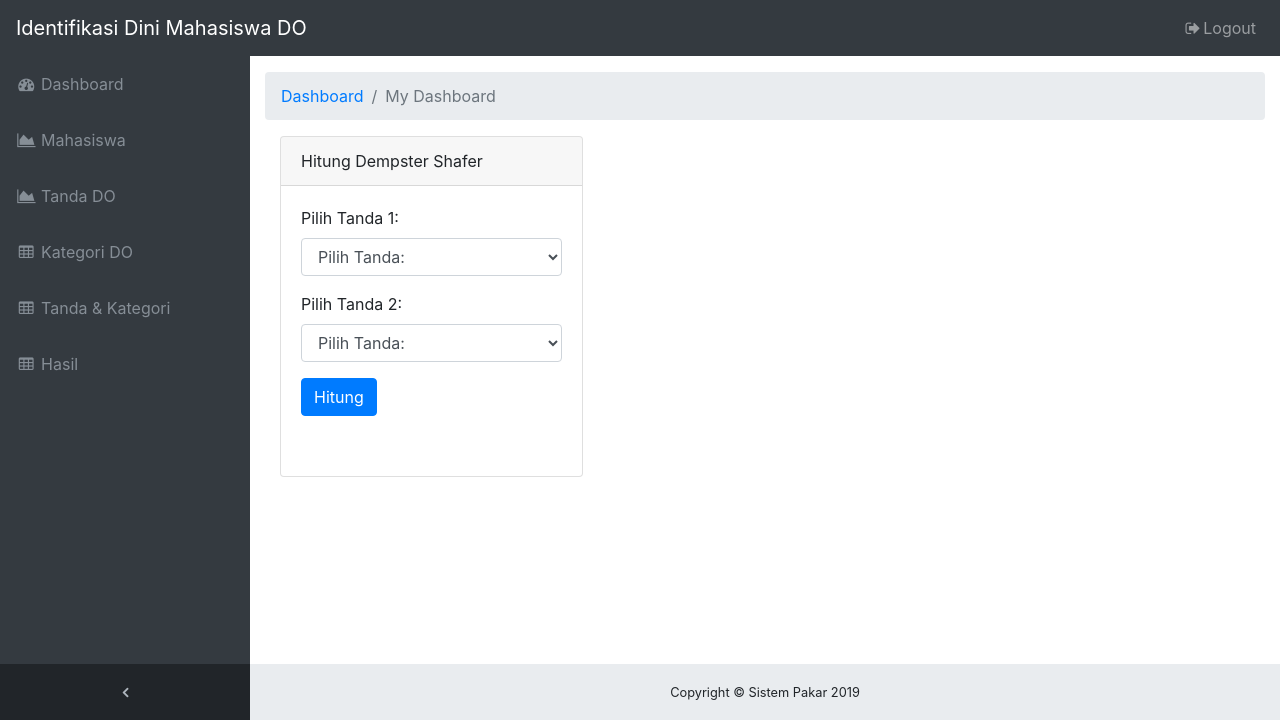
Repository: AdiPrimanto/sistempakar_dempster_shafer
Page: http://localhost/hasil
An editor plug-in stored every save of this project. The page is shown before and after the next save, followed by the edit.
The browser window is 1280 px wide. The pictures show the whole page.
The page is served by the project's Laravel application, run on PHP 8.4 with Laravel 8. The database holds what the project's SQL file puts in it.

Above is the page before, as saved 2019-09-12 00:36:28.
Console error: TypeError: Cannot read properties of null (reading 'length')

After the next save:
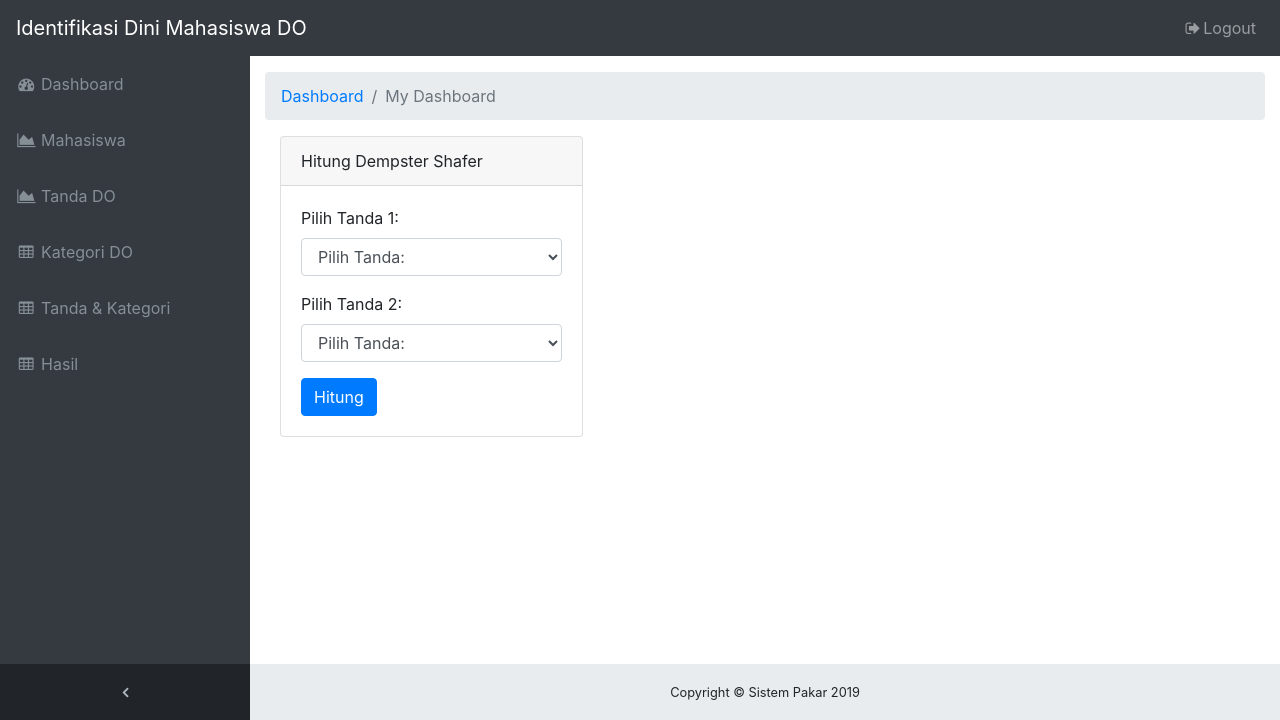
Saved 39 s later.
--- a/resources/views/admin/hasil.blade.php
+++ b/resources/views/admin/hasil.blade.php
@@ -40,39 +40,7 @@
                   </div>
                   <button id="hitung" class="btn btn-primary" onclick="hitung()">Hitung</button>
               </form>
-              <div>
-              &nbsp;
-              &nbsp;
-              &nbsp;
-                <table class="table table-bordered">
-                    <tbody id="table_dumpsuffer" style="display:none">
-                        <tr>
-                            <td></td>
-                            <td></td>
-                            <td>{PT, PS, PR}</td>
-                            <td id="bbt_op2"></td>
-                            <td>0</td>
-                            <td id="m2_op2"></td>
-                        </tr>
-                        <tr>
-                            <td>{PT, PS, PR}</td>
-                            <td id="bbt_op1"></td>
-                            <td>{PT, PS, PR}</td>
-                            <td id="bbt_op1_x_bbt_op2"></td>
-                            <td>{PT, PS, PR}</td>
-                            <td id="bbt_op1_x_m2_op2"></td>
-                        </tr>
-                        <tr>
-                            <td>0</td>
-                            <td id="m1_op1"></td>
-                            <td>{PT, PS, PR}</td>
-                            <td id="m1_op1_x_bbt_op2"></td>
-                            <td>0</td>
-                            <td id="m1_op1_x_m2_op2"></td>
-                        </tr>
-                    </tbody>
-                </table>
-              </div>
+
           </div>
       </div>
   </div>
